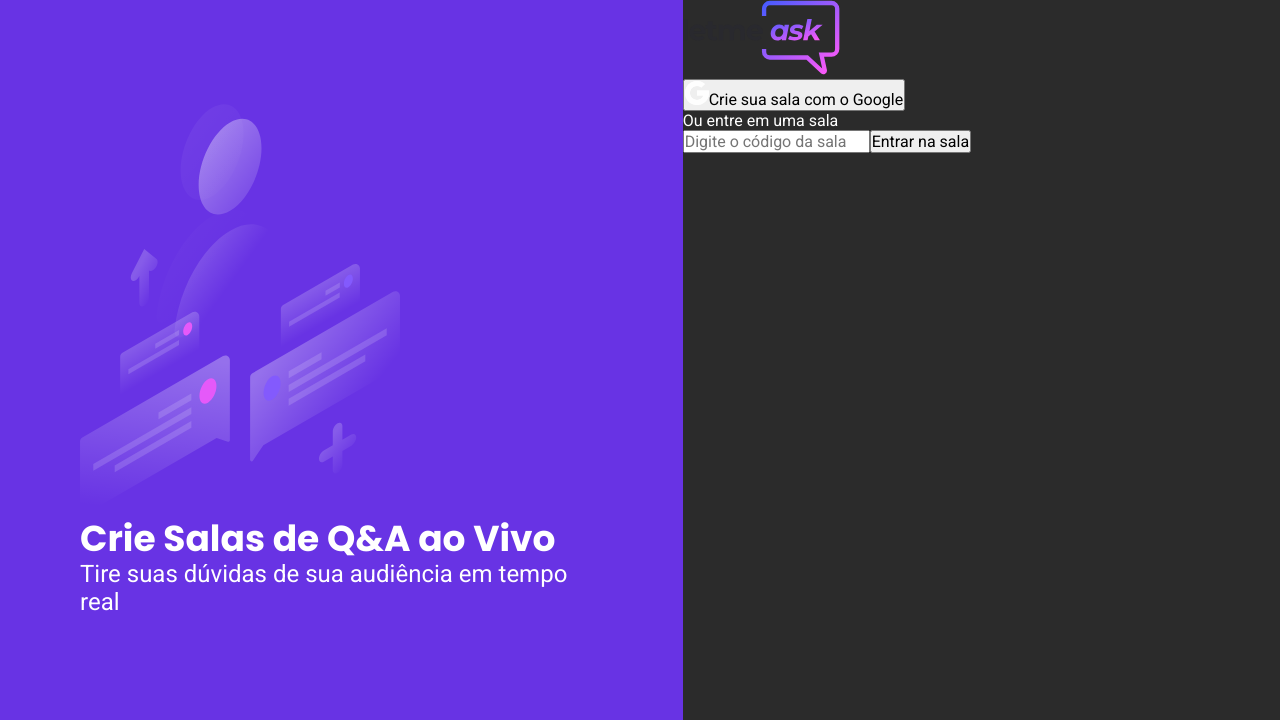
Repository: ANDRIEL123/NLW6-ReactJS-Letmeask
Page: /
These files come from the project's save history. The page is drawn as it stood at one moment and after the next save; the edit follows.
The browser window is 1280 px wide. The pictures show the whole page.
The project was rebuilt for these pictures with package versions that can differ from the ones it lists, and the page was loaded fresh each time.

Above is the page before, as saved 2021-10-11 13:24:52.

After the next save:
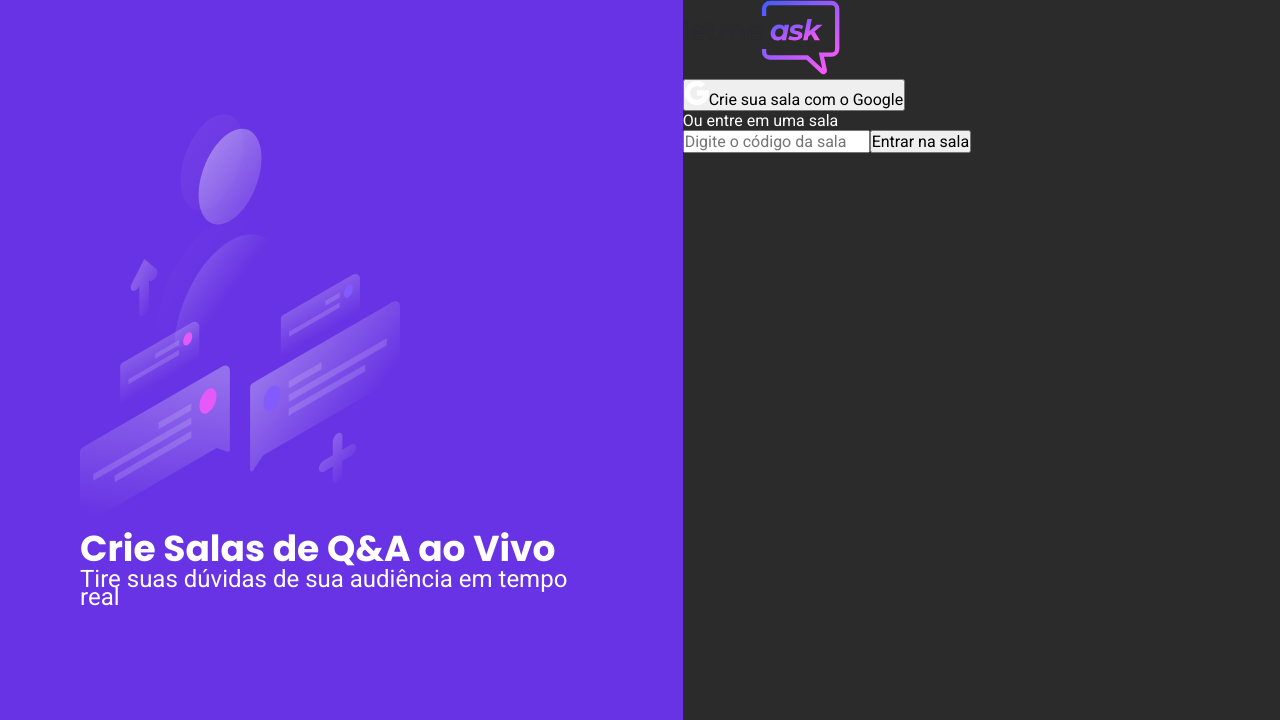
Saved 12 s later.
--- a/src/styles/auth.scss
+++ b/src/styles/auth.scss
@@ -24,6 +24,7 @@
 
         p {
             font-size: 24px;
+            line-height: 18px;
         }
     }
 
